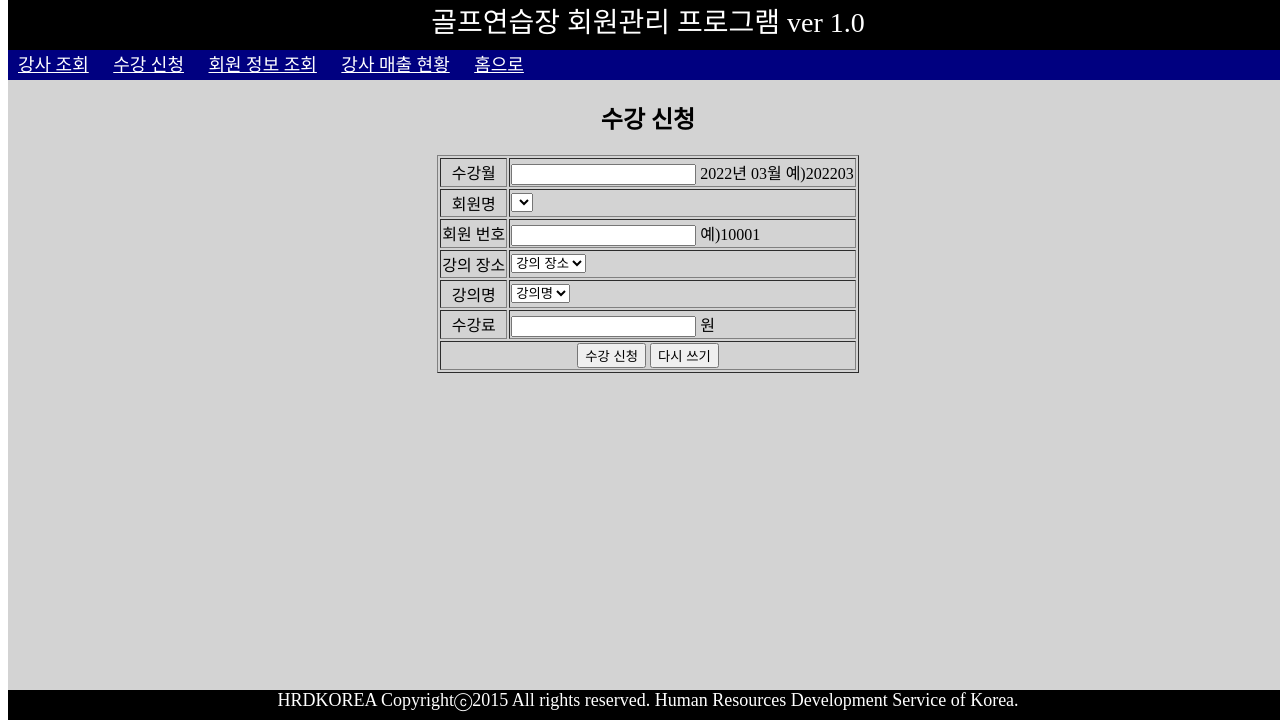
Repository: wwwxsv19/HRDkorea
Page: http://localhost/golf/insert.jsp
An editor plug-in stored every save of this project. The page is shown before and after the next save, followed by the edit.
The browser window is 1280 px wide. The pictures show the whole page.
The page is served by Tomcat 9. Queries for data that is not in the repository find no rows.

Above is the page before, as saved 2024-06-25 08:35:24.

### golf/golf/src/main/webapp/insert.jsp
<%@ include file="db.jsp" %>
<%@ page language="java" contentType="text/html; charset=UTF-8"
    pageEncoding="UTF-8"%>
<!DOCTYPE html>
<html>
<head>
	<meta charset="UTF-8">
	<title>insert</title>
	<link rel="stylesheet" href="style.css">
</head>
<body>
<script type="text/javascript" src="check.js"></script>
<jsp:include page="header.jsp"></jsp:include>
<section>
	<h1>수강 신청</h1>
	<form name="frm" action="action.jsp" method="get">
		<table border=1>
			<tr>
				<td>수강월</td>
				<td style="text-align : left">
					<input type="text" name="month"> 2022년 03월 예)202203
				</td>
			</tr>
			<tr>
				<td>회원명</td>
				<td style="text-align : left">
					<select name="mname" onchange="setNo(this.value)">
						<%
						request.setCharacterEncoding("UTF-8");
						try {
							PreparedStatement pstmt = conn.prepareStatement("select mno, mname from member");
							ResultSet rs = pstmt.executeQuery();
							while(rs.next()) {
								%>
								<option value="<%= rs.getString(1) %>"><%= rs.getString(2) %></option>
								<%
							}
						} catch(Exception e) {
							e.printStackTrace();
						}
						%>
					</select>
				</td>
			</tr>
			<tr>
				<td>회원 번호</td>
				<td style="text-align : left">
					<input type="text" id="mno" name="mno" readonly> 예)10001
				</td>
			</tr>
			<tr>
				<td>강의 장소</td>
				<td style="text-align : left">
					<select name="area">
						<option value="">강의 장소</option>
						<option value="서울본원">서울본원</option>
						<option value="성남분원">성남분원</option>
						<option value="대전분원">대전분원</option>
						<option value="부산분원">부산분원</option>
						<option value="대구분원">대구분원</option>
					</select>
				</td>
			</tr>
			<tr>
				<td>강의명</td>
				<td style="text-align : left">
					<select name="code" onchange="setCost(this.value)">
						<option value="">강의명</option>
						<option value="100">초급반</option>
						<option value="200">중급반</option>
						<option value="300">고급반</option>
						<option value="400">심화반</option>
					</select>
				</td>
			</tr>
			<tr>
				<td>수강료</td>
				<td style="text-align : left">
					<input type="text" id="cost" name="cost" readonly> 원
				</td>
			</tr>
			<tr>
				<td colspan=2>
					<input type="button" value="수강 신청" onclick="check()">
					<input type="button" value="다시 쓰기" onclick="res()">
				</td>
			</tr>
		</table>
	</form>
</section>
<jsp:include page="footer.jsp"></jsp:include>
</body>
</html>

### golf/golf/src/main/webapp/db.jsp
<%@ page import="java.sql.*" %>
<%@ page language="java" contentType="text/html; charset=UTF-8"
    pageEncoding="UTF-8"%>
<%

Class.forName("oracle.jdbc.OracleDriver");
Connection conn = DriverManager.getConnection(
		"jdbc:oracle:thin:@//localhost:1521/xe", "system", "1234");

%>

### golf/golf/src/main/webapp/header.jsp
<%@ include file="db.jsp" %>
<%@ page language="java" contentType="text/html; charset=UTF-8"
    pageEncoding="UTF-8"%>
<!DOCTYPE html>
<html>
<head>
	<meta charset="UTF-8">
</head>
<body>
<header>골프연습장 회원관리 프로그램 ver 1.0</header>
<nav>
	<a href="list.jsp">강사 조회</a>
	<a href="insert.jsp">수강 신청</a>
	<a href="info.jsp">회원 정보 조회</a>
	<a href="money.jsp">강사 매출 현황</a>
	<a href="index.jsp">홈으로</a>
</nav>
</body>
</html>

### golf/golf/src/main/webapp/footer.jsp
<%@ include file="db.jsp" %>
<%@ page language="java" contentType="text/html; charset=UTF-8"
    pageEncoding="UTF-8"%>
<!DOCTYPE html>
<html>
<head>
	<meta charset="UTF-8">
</head>
<body>
<footer>HRDKOREA Copyrightⓒ2015 All rights reserved. Human Resources Development Service of Korea.</footer>
</body>
</html>

### golf/golf/src/main/webapp/style.css
header {
	position : fixed; top : 0px;
	width : 100%; height : 50px;
	background-color : black; color : white;
	text-align : center; font-size : 28px;
}

nav {
	position : fixed; top : 50px;
	width : 100%; height : 30px;
	background-color : navy; font-size : 18px;
}

nav > a {
	padding : 0px 10px;
	color : white;
}

section {
	position : fixed; top : 80px;
	width : 100%; height : 100%;
	background-color : lightgray; color : black;
}

section > h1 {
	text-align : center;
}

table {
	margin : 0px auto;
}

table > * {
	text-align : center;
}

footer {
	position : fixed; bottom : 0px;
	width : 100%; height : 30px;
	background-color : black; color : white;
	text-align : center; font-size : 18px;
}

### golf/golf/src/main/webapp/check.js
function check() {
	if(frm.month.value.length == 0) {
		alert("수강월이 입력되지 않았습니다!");
		frm.month.focus();
		return false;
	}

	if(frm.mname.value.length == 0) {
		alert("회원명이 선택되지 않았습니다!");
		frm.mname.focus();
		return false;
	}

	if(frm.area.value.length == 0) {
		alert("강의 장소가 선택되지 않았습니다!");
		frm.area.focus();
		return false;
	}

	if(frm.code.value.length == 0) {
		alert("강의명이 선택되지 않았습니다!");
		frm.code.focus();
		return false;
	}

	alert("수강 신청이 정상적으로 완료되었습니다!");
	document.frm.submit();
	return true;
}

function res() {
	alert("정보를 지우고 처음부터 다시 입력합니다!");
	document.frm.reset();
}

var a;

function setNo(mname) {
	document.getElementById("mno").value = mname;
	a = mname;
}

function setCost(code) {
	if(a >= 20000) {
		document.getElementById("cost").value = (code*1000)/2;
	} else {
		document.getElementById("cost").value = (code*1000);
	}
}

After the next save:
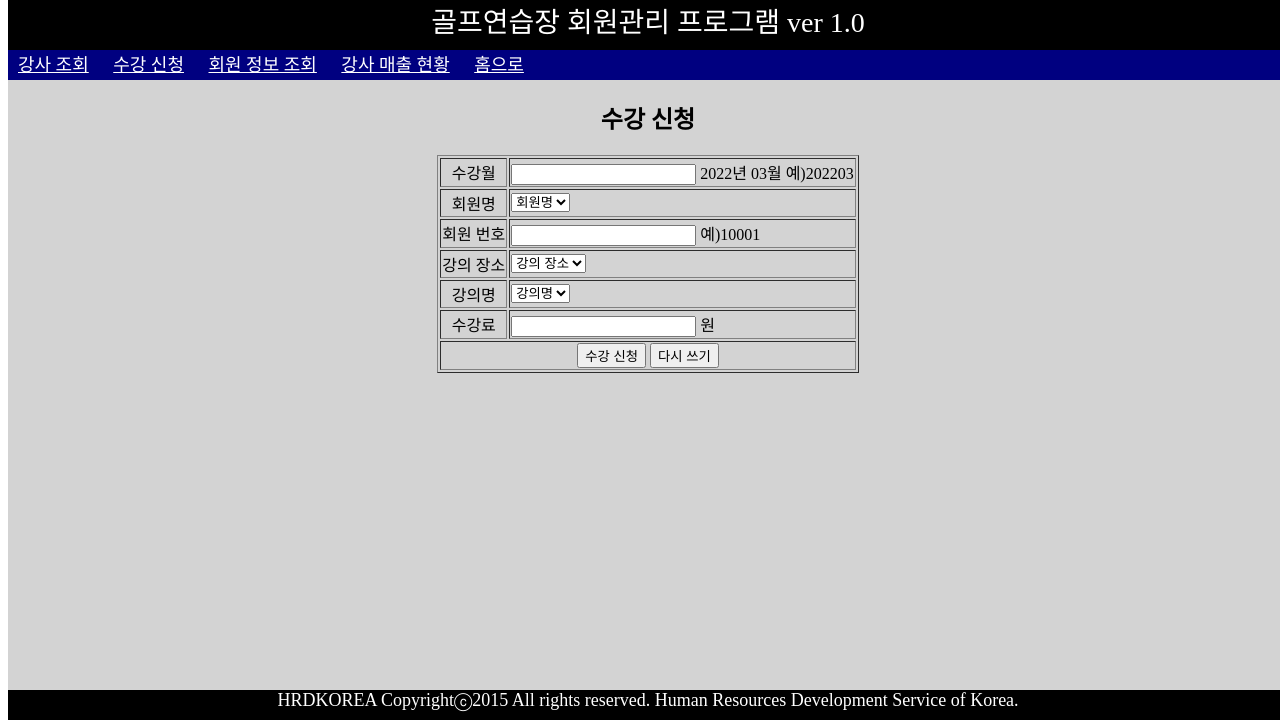
Saved 21 s later.
--- a/golf/golf/src/main/webapp/insert.jsp
+++ b/golf/golf/src/main/webapp/insert.jsp
@@ -25,6 +25,7 @@
 				<td>회원명</td>
 				<td style="text-align : left">
 					<select name="mname" onchange="setNo(this.value)">
+						<option value="">회원명</option>
 						<%
 						request.setCharacterEncoding("UTF-8");
 						try {
